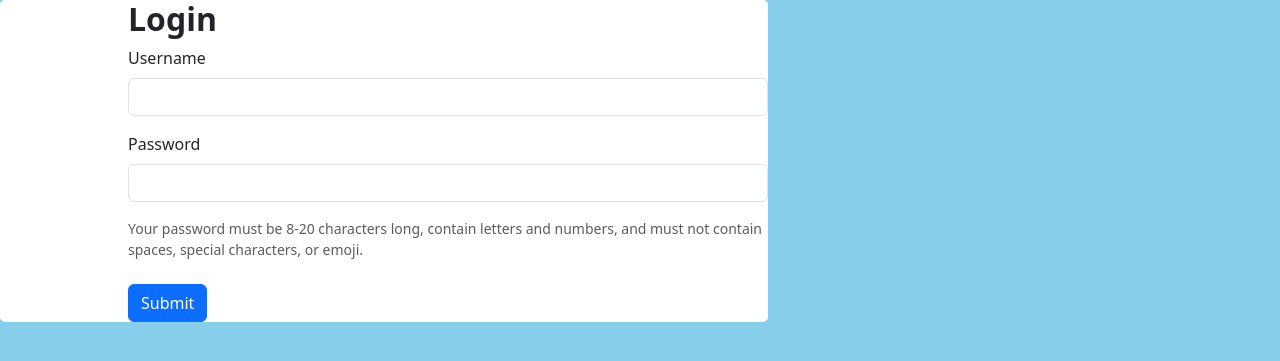
Repository: sarathraj2002/todo-list
Page: login.html
These files come from the project's save history. The page is drawn as it stood at one moment and after the next save; the edit follows.
The browser window is 1280 px wide. The pictures show the whole page.

Above is the page before, as saved 2024-09-05 11:11:47.

After the next save:
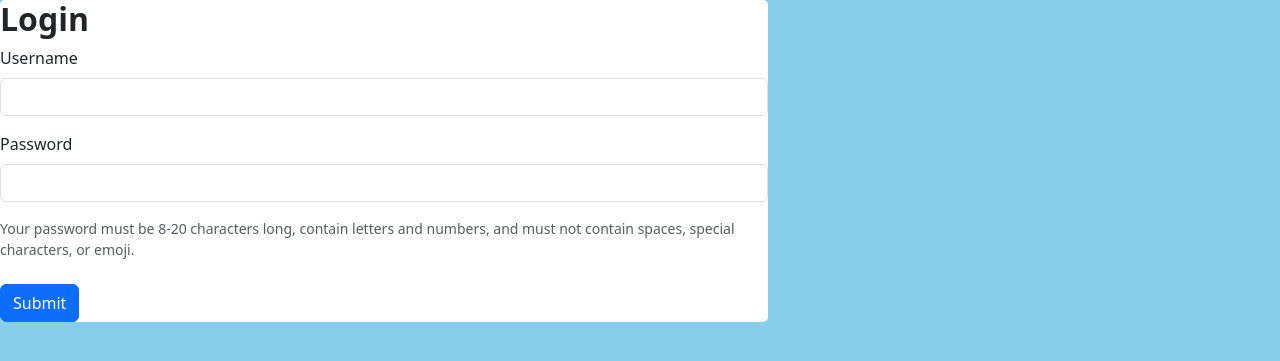
Saved 10 s later.
--- a/style.css
+++ b/style.css
@@ -11,7 +11,7 @@ body{
     height: 100%;
     width: 60%;
     border-color:black;
-    padding-left: 10%;
+
     border-radius: 5px;
     background-color: white;
 }
